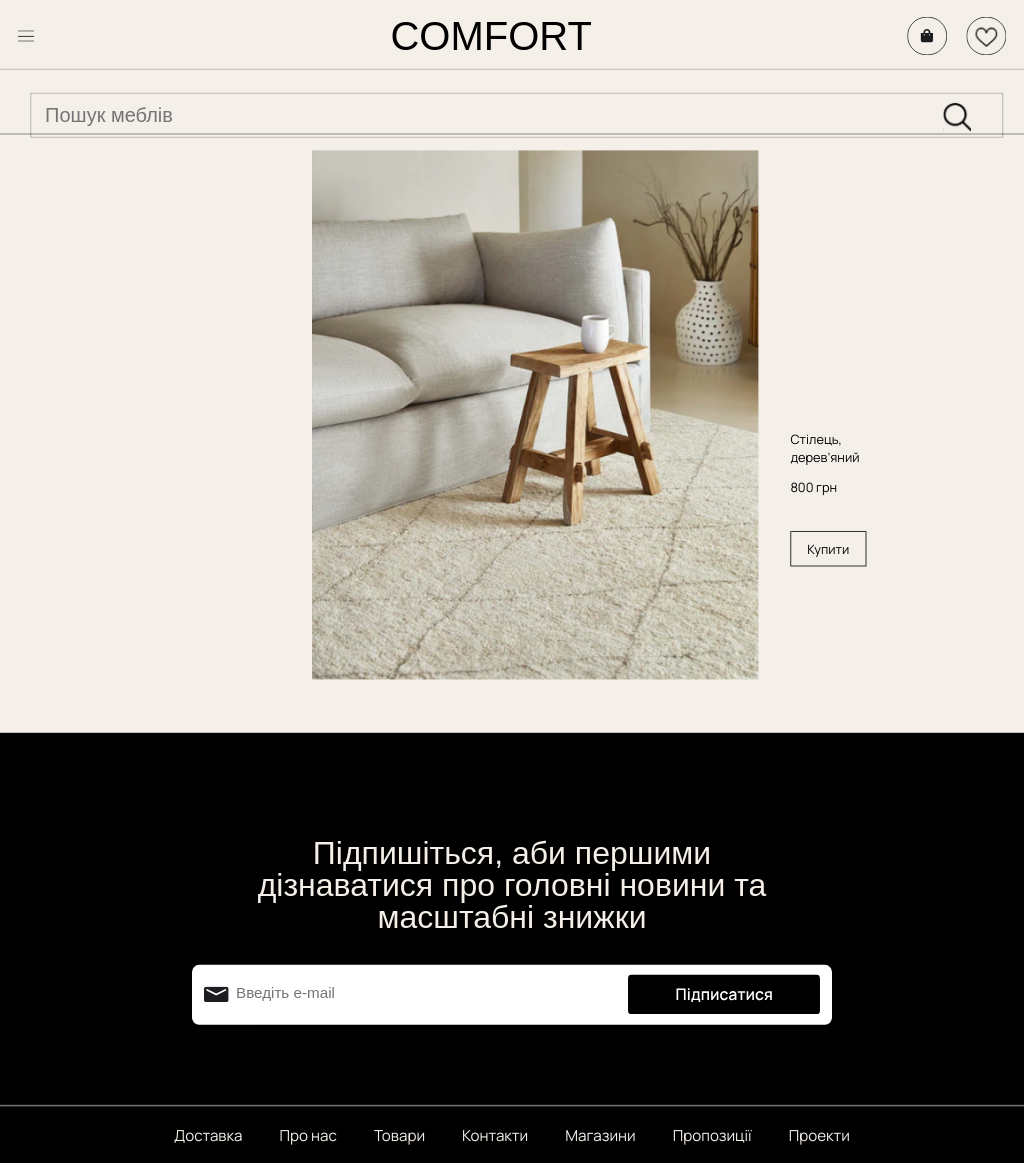
Repository: malykhinaIra/laravel
Page: http://localhost/item/1
The author's editor kept a copy of each file at every save. The page is drawn from the files as they stood at one save, then again after the next save.
The browser window is 1280 px wide. The pictures show the whole page, at 80% of full size.
Some web fonts or font styles are not loaded; a fallback is used. The page is served by the project's Laravel application, run on PHP 8.4 with Laravel 9. Other server files are loaded and not shown.

Above is the page before, as saved 2022-05-11 00:02:20.

### blog/routes/web.php
<?php

use Illuminate\Support\Facades\Route;

/*
|--------------------------------------------------------------------------
| Web Routes
|--------------------------------------------------------------------------
|
| Here is where you can register web routes for your application. These
| routes are loaded by the RouteServiceProvider within a group which
| contains the "web" middleware group. Now create something great!
|
*/

Route::get('/', 'App\Http\Controllers\MainController@forLend');

Route::get('/Lend', 'App\Http\Controllers\MainController@forLend');

Route::get('/Catalog', 'App\Http\Controllers\MainController@forCatalog');

Route::get('/Info', 'App\Http\Controllers\MainController@forInfo');

Route::post('/result', 'App\Http\Controllers\MainController@result');

Route::post('/check', 'App\Http\Controllers\MainController@check');

Route::get('/item/{id}', 'App\Http\Controllers\MainController@forItem');

### blog/app/Http/Controllers/MainController.php
<?php

namespace App\Http\Controllers;
use App\Models\Item;
use Illuminate\Http\Request;
use App\Models\Room;

class MainController extends Controller {

    public function forLend() {
        return view('lend');
    }

    public function forCatalog() {
        $room = new Room();
        return view('catalog', ['rooms' => $room->getAll()]);
    }

    public function forInfo() {
        return view('info');
    }

    public function result(Request $request) {
        $mail = $request->input('mail');
        return view('form', ['mail' => $mail]);
    }

     public function check(Request $request) {
        $valid = $request->validate([
            'mail' =>  array('required', 'regex:/[0-9a-z]+@[a-z]/')
        ]);
        return $this->result($request);
    }

    public function forItem($id) {
        $catalog = [
            new Item("img/image 24.png", "Стілець, дерев’яний", 800),
            new Item("img/image 25.png", "Крісло, дерево & шкіра", 1300),
            new Item("img/image 26.png", "Настінна картина", 1230),
            new Item("img/image 27 (1).png", "Журнальний столик", 980),
            new Item("img/image 35.png", "Тумбочка з відділами", 780),
            new Item("img/image 37.png", "Диван розкладний", 3220),
            new Item("img/image 36.png", "Тумбочка, дерев’яна", 1360),
            new Item("img/image 31.png", "Крісло, біле", 980)
        ];
        return view('item', ['item' => $catalog[$id - 1]]);
    }
}

### blog/app/Models/Item.php
<?php

namespace App\Models;
use Illuminate\Database\Eloquent\Model;

    class Item extends Model
    {
        protected $image, $description, $price;
        function __construct($image, $description, $price)
        {
            $this->image = "../" . $image;
            $this->description = $description;
            $this->price = $price . " грн";
        }

        function get_image(){
            return $this->image;
        }

        function get_description(){
            return $this->description;
        }

        function get_price(){
            return $this->price;
        }
     }

?>

### blog/resources/views/item.blade.php
@extends('layouts.header')
@section('title')
{{$item->get_description()}}
@endsection
@section('content')
<head>
    <link rel="stylesheet" href="../css/info.css">
</head>
<body>
<hr style='margin-top: -5px;'>
<div class='container' style='display: flex; align-items: center; margin: auto; margin-top: 20px;'>
<img src='{{$item->get_image()}}' style='margin-left: 25%;'>
<div style='margin-left: 40px; margin-top: 22%;'>
<p>{{$item->get_description()}}</p>
<p>{{$item->get_price()}}</p>
<a href='#' style='line-height: 100px; color: black; padding:10px 20px; border: 1px solid black;'>Купити</a>
</div>
</div>
<br><br><br>
@endsection

### blog/resources/views/layouts/header.blade.php
<head>
<meta charset="UTF-8">
    <meta http-equiv="X-UA-Compatible" content="IE=edge">
    <meta name="viewport" content="width=device-width, initial-scale=1.0">
    <title> @yield ('title') </title>
    <link rel="preconnect" href="https://fonts.googleapis.com">
    <link rel="preconnect" href="https://fonts.gstatic.com" crossorigin>
    <link rel="preconnect" href="https://fonts.googleapis.com">
    <link rel="preconnect" href="https://fonts.gstatic.com" crossorigin>
    <link href="https://fonts.googleapis.com/css2?family=Lexend&family=Manrope:wght@200;300;400;500;600&display=swap" rel="stylesheet">
    <link href="https://fonts.googleapis.com/css2?family=Lexend:wght@300&family=Manrope:wght@200;300;400;500;600&display=swap" rel="stylesheet">
    <link rel="preconnect" href="https://fonts.googleapis.com">
    <link rel="preconnect" href="https://fonts.gstatic.com" crossorigin>
    <link href="https://fonts.googleapis.com/css2?family=Lexend&family=Manrope:wght@200;300;400;500;600&display=swap" rel="stylesheet">
    <link rel="preconnect" href="https://fonts.googleapis.com">
    <link rel="preconnect" href="https://fonts.gstatic.com" crossorigin>
    <link href="https://fonts.googleapis.com/css2?family=Manrope:wght@200;300;400;500;600&display=swap" rel="stylesheet">
    <link rel="stylesheet" href="css/bootstrap-grid.min.css">
    <meta name="viewport" content="width=device-width">
</head>
    <header class="header">
    </div>
    <div class="nav-1">
        <div class="nav-toggle">
            <div class="container">
                <a href="/Info" width="10%" onclick>
                    <img src="../img/Group 65.svg" class="menu">
                </a>
                <div class="logo"><a href="index.html">COMFORT</a></div>
                <div class="row">
                    <div class="col">
                        <a href="#" style="margin-right: 2.5%;"><img src="../img/Group 56.svg"></a>
                    </div>
                    <div class="col">
                        <a href="#"><img src="../img/Group 55.svg"></a>
                    </div>
                </div>
            </div>
        </div>
        <hr>
        <div class="border-1">
            <input type="text" size="19" placeholder="Пошук меблів">
            <a href="#" class="search-1"><img src="../img/image 22 (1).svg"></a>
        </div>
    </div>

    <section class="nav">
        <a href="/Lend" class="logo">COMFORT</a>
        <a href="/Info">Про нас</a>
        <a href="#">Доставка</a>
        <a href="#">Підтримка</a>
        <a href="/Catalog">Каталог</a>
        <div class="border">
            <input type="text" size="19" placeholder="Пошук меблів" style="margin-bottom: 6px;">
            <a href="#" class="search"><img src="../img/image 22 (1).svg"></a>
        </div>
        <div class="shops">
            <a href="#" style="margin-right: 5px;"><img src="../img/image 57.svg"></a>
            <a href="#">Магазини</a>
        </div>
        <div class="icons">
            <a href="#"><img src="../img/Group 55.svg"></a>
            <a href="#"><img src="../img/Group 56.svg"></a>
            <a href="#"><img src="../img/user.svg"></a>
        </div>
    </section>
</header>


<div class="forYield">
    @yield('content')
</div>

<footer id="bottom">
    <section class="form">
        @if($errors->any())
        <div class="alert alert-danger">
            <p>
                Неправильно введений email. Спробуйте ще раз! </p>
        </div>
        @else
        <p>Підпишіться, аби першими дізнаватися про головні новини та масштабні знижки</p>
        @endif
        <div class="subscribe">
            <form method="post" action="/check" style="width:800px; margin: 0; display: flex; align-items: center;">
                @csrf
                <div style="display: flex; align-items: center;">
                    <img src="../img/Shape.svg" class="message">
                    <input style="width:500px; outline: none; border: none; font-size: 25px;" type="text" name="mail" placeholder="Введіть e-mail">
                </div>
                <button type="submit" style="background: none; border: 0; padding:0;"><img src="../img/Group 61.svg" class="sub-btn"></button>
            </form>
        </div>

    </section>
    <hr>
    <section class="footer-1">
        <a href="#">Доставка</a>
        <a href="/Info">Про нас</a>
        <a href="/Catalog">Товари</a>
        <a href="#">Контакти</a>
        <a href="#">Магазини</a>
        <a href="#">Пропозиції</a>
        <a href="#">Проекти</a>
    </section>
    <br>
</footer>
</body>

</html>

### blog/public/img/Group 65.svg
<svg width="21" height="14" viewBox="0 0 21 14" fill="none" xmlns="http://www.w3.org/2000/svg">
<line y1="0.5" x2="21" y2="0.5" stroke="black"/>
<line y1="7.5" x2="21" y2="7.5" stroke="black"/>
<line y1="13.5" x2="21" y2="13.5" stroke="black"/>
</svg>

### blog/public/css/info.css
body{
    padding: 0;
    margin: 0;
    background: #F5EFEA;
    color: #000;
    font-family: 'Manrope', sans-serif;
    font-style: normal;
    font-weight: 400;
    max-width: 1903px;
    margin: 0 auto;
}

.hide{
    margin-top: -1px;
}

.container{
    max-width: 80%;
    margin: 0 auto;
}

*{
    box-sizing: border-box;
}

img {
    max-width: 100%;
  }

a{
    color: #000;
    text-decoration: none;
}

.nav-1{
    display: none;
    flex-direction: column;
    margin: 0 auto;
    margin-bottom: 30px;
}

.nav{
    width: 100%;
    font-family: 'Manrope', sans-serif;
    font-style: normal;
    height: 80.98px;
    font-weight: 600;
    font-size: 19px;
    line-height: 26px;
    display: flex;
    justify-content: space-between;
    align-items: center;

}

.logo{
    padding-left: 70px;
    font-family: 'Lexend', sans-serif;
    font-style: normal;
    font-weight: 500;
    font-size: 30px;
    line-height: 38px;

}

.border{
    border: 0.5px solid rgba(0, 0, 0, 0.555);
    height: 40.55px;
    display: flex;
    align-items: center;
    padding: 15px;
}

.border-1{
    border: 0.2px solid rgba(0, 0, 0, 0.555); ;
    height: 55.55px;
    width: 95%;
    display: flex;
    align-items: center;
    padding: 15px;
    margin:0 3%;
    margin-top: 10px;
}

header hr{
    border: 0 none;
    height: 0.1px;
    color: #000;
    width: 100%;
    background-color: rgba(0, 0, 0, 0.555);
    margin-bottom: 20px;
    margin-top: 5px;

 }

input{
    font-family: 'Lexend', sans-serif;
    font-weight: 300;
    font-size: 25px;
    background: none;
    border: none;
    width: 95%;
}

::placeholder{
    font-style: normal;
    font-weight: 300;
    font-size: 19px;
    line-height: 40px;

}

.search{
    margin-top: 4px;
    margin-left: 49.86px;
}

.search-1{
    margin-top: 4px;
}

.icons img{
    margin-right: 15px;
}

hr{
    border: none;
    background-color: rgb(0, 0, 0, 0.555);
    color: rgb(0, 0, 0);
    height: 1px;
    width: 100%;
}

.shops{
    display: flex;
    align-items: center;
}

.main-img .container{
    max-width: 100%;
    margin: 0;
    padding: 20px 30px;
    max-height: 1252px;
}

.main-img .row{
    margin: 0 auto;
}

#frame{
    white-space: pre-wrap;
    display: flex;
    align-items: center;
    margin-left: 2%;
    border: 1px solid rgba(0, 0, 0, 0.301);
    border-radius: 4vh;
    padding: 0 30px;
    width: 47%;
}

.main-img p{
    font-family: 'Manrope', sans-serif;
    font-style: normal;
    font-weight: 300;
    font-size: 50px;
    text-align: center;
    color: #000000;
    margin: auto auto;

}

.main-img h1{
    margin: auto auto;
    font-family: 'Manrope', sans-serif;
    font-style: normal;
    font-weight: 400;
    font-size: 70px;
    text-align: center;
    color: #000000;
}

.main-img .container{
    max-width: 100%;
    margin: 0;
    padding: 20px 30px;
}

.button img{
    display: block;
    margin: 0 auto;
}

.our-features .container{
    max-width: 100%;
    margin: 0;
    padding: 20px 30px;
}

.our-features h1{
    font-family: 'Manrope', sans-serif;
    font-style: normal;
    font-weight: 400;
    font-size: 70px;
    line-height: 100px;
    text-align: center;
    color: #F5EFEA;
    background-color: #000;
}

.feature img{
    float: right;
}

.feature{
    padding: 0;
    float: right;
    max-width: 750px;
}

.feature-1 img{
    float: left;
}

.feature-1{
    padding: 0;
    max-width: 616px;
    float: left;
}

.feature p{
    max-width: 719px;
    font-family: 'Manrope', sans-serif;
    font-style: normal;
    font-weight: 300;
    font-size: 40px;
    line-height: 55px;
    text-align: right;
    color: #000000;
    float: right;
    margin-top: 30px;
    margin-bottom: 0px;


}

.contacts{
    margin-bottom: 2%;
}

.feature h2{
    max-width: 690px;
    font-family: 'Manrope', sans-serif;
    font-style: normal;
    font-weight: 500;
    font-size: 50px;
    line-height: 75px;
    text-align: right;
    color: #000000;
    float: right;
    margin: 0px;
}

.feature-1 p{
    max-width: 719px;
    font-family: 'Manrope', sans-serif;
    font-style: normal;
    font-weight: 300;
    font-size: 40px;
    line-height: 55px;
    text-align: left;
    color: #000000;
    float: left;
    margin-bottom: 0;

}

.feature-1 h2{
    max-width: 616px;
    font-family: 'Manrope', sans-serif;
    font-style: normal;
    font-weight: 500;
    font-size: 50px;
    line-height: 75px;
    text-align: left;
    color: #000000;
    float: left;
    margin: 0px;
}

#second{
    margin-top: 10%;
}

.unique .container{
    max-width: 100%;
    margin: 0;
    padding: 20px 30px;
}

.unique h1{
    font-family: 'Manrope', sans-serif;
    font-style: normal;
    font-weight: 500;
    font-size: 70px;
    line-height: 50px;
    text-align: center;
    color: #000000;
}

.unique h2{
    font-family: 'Manrope', sans-serif;
    font-style: normal;
    font-weight: 300;
    font-size: 60px;
    line-height: 75px;
    text-align: center;
    color: #000000;
}

.unique p{
    font-family: 'Manrope', sans-serif;
    font-style: normal;
    font-weight: 300;
    font-size: 40px;
    line-height: 75px;
    text-align: center;
    color: #000000;
    max-width: 1492px;
    margin:0 auto;
}

footer{
    background-color: #000;
    max-height: 550px;
    width: 100%;
}

.subscribe{
    background-color: white;
    width: 800px;
    height: 75px;

    display: flex;
    align-items: center;
    justify-content: space-between;
    padding: 15px;
    border-radius: 9px;
    margin: auto auto;
}

.sub-btn{
    max-width: 100%;
}

.form{
    margin-left: auto;
    margin-right: auto;
}

.form p{
    width: 700px;
    font-family: 'Lexend', sans-serif;
    font-weight: 300;
    font-size: 40px;
    line-height: 40px;
    text-align: center;
    color:#F5EFEA;
    margin: 0 auto;
    margin-bottom: 40px;
    padding-top: 130px;
}


.subscribe input{
    background: none;
    max-width: 100%;
    margin-bottom: 8px;
    margin-left: 7px;
}

footer hr{
    margin-top: 100px;
    border: 0.5px solid #f5efea79;
}

.footer-1{
    display: flex;
    justify-content: space-between;
    align-items: center;
    padding-left: 17%;
    padding-right: 17%;
    margin-top: 23px;
}

.footer-1 a{
    color:#F5EFEA;
    font-family: 'Manrope', sans-serif;
    font-style: normal;
    font-weight: 400;
    font-size: 19px;
    line-height: 26px;
}

.picture-mobile{
    display: none;
}


@media(max-width: 1536px){

    .border-1{
        border-color: rgba(0, 0, 0, 0.301);
    }

    header hr{
        background-color: rgba(0, 0, 0, 0.301);
    }

    .nav-1{
        margin: 0;
    }

    .nav-toggle, .nav-1 {
        display: flex;
     }

    .nav-toggle .container{
         height: 80.98px;
         align-items: center;
         display: flex;
         padding-top: 20px;
         padding-bottom: 10px;
         justify-content: space-between;
         margin: 0 auto;;
     }

     .nav-toggle .container{
        margin: 0 10px;
        max-width: 100%;
    }

     .nav-toggle .col{
         max-width: 100px;
     }

     .logo{
         margin:0;
         padding: 0;
     }


    .nav-toggle a{
        width: 72px;
    }

    .menu {
        max-width: 50px;
    }

     .nav{
      display: none;
     }

     .border-1 ::placeholder{
        font-size: 25px;
        margin-top: 5px;
    }

     .search-1 img{
         width: 35px;
     }


     .main-img h1{
         font-size: 55px;
         width: 80%;

     }

     .main-img p{
        font-size: 40px;
    }

    .our-features h1, .unique h1{
        font-size: 55px;
    }

    .feature h2, .feature-1 h2{
        font-size: 40px;
    }

    .feature a, .feature-1 a{
        width: 107px;
    }

    .feature p, .feature-1 p, .unique p{
        font-size: 30px;
        line-height: 45px;
    }

    .hide{
        display: none;
    }

    .menu {
        max-width: 50px;
    }

    .logo a{
        font-size: 50px;
    }
}

@media(max-width: 1350px){
    .main-img h1{
        font-size: 45px;

    }

    .main-img p{
       font-size: 30px;

   }

   .main-img .container{
    max-height: 1890px;
    }
}

@media(max-width: 1146px){
    .main-img h1{
        font-size: 40px;
    }

    .main-img p{
       font-size: 25px;
   }

   .feature h2, .feature-1 h2{
       font-size: 30px;
       line-height: 40px;

   }

   .feature p, .feature-1 p{
    font-size: 20px;
    line-height: 30px;
    }

    .feature img, .feature-1 img{
        width: 70px;
    }

    .our-features h1, .unique h1, .unique h2{
        font-size: 40px;
        line-height: 75px;
    }

    .contacts img{
        width: 60px;
    }

}

@media (max-width: 1190px){
.footer-1 a {
    font-size: 15px;
}
}

@media(max-width: 1036px){
    .main-img h1{
        font-size: 35px;
    }

    .main-img p{
       font-size: 20px;
   }

   .button img{
       width:90px;
   }

}

@media (max-width:990px) {
    .footer-1{
        padding: 0 55px;
     }

     .subscribe{
         width: 600px;
     }

     .form p{
         font-size: 25px;
         width: 400px;
     }
}

@media(max-width: 820px){


    .menu{
        width: 80%;
    }

    .logo a{
        font-size: 40px;
    }

    .logo{
        margin-bottom: 20px;

    }

    .image img{
        max-height: 395.67px;
    }

    .nav-toggle .row{
        margin-bottom: 10px;
    }

    .feature h2, .feature-1 h2{
        font-size: 20px;
        line-height: 25px;

    }

    .feature p, .feature-1 p{
     font-size: 15px;
     line-height: 20px;
     }

     .feature img, .feature-1 img{
         width: 50px;
     }

     .our-features h1, .unique h1, .unique h2{
         font-size: 30px;
         line-height: 65px;
     }

     .contacts img{
         width: 45px;
     }

     .unique p{
         font-size: 20px;
         line-height: 30px;
     }

     .logo{
        margin-top: 13px;
    }

    .footer-1 a{
        font-size: 12px;
    }

    .subscribe{
        width: 70%;
        height: 8%;
    }

    .subscribe ::placeholder{
        font-size: 15px;
    }

    .sub-btn{
        width: 150px;
    }



}

@media(max-width: 740px){
    .main-img .row{
        flex-direction:column-reverse;
        margin: 0 auto;
    }

    .main-img .col-6{
        width: 100%;
    }

    .picture-mobile{
        display: block;
        width: 98.5%;
        margin-bottom: 15px;
    }

    .picture{
        display: none;
    }


    #frame{
        width: 95%;
        height: 250px;
        margin: 0 auto;
        margin-bottom: 20px;
    }

   .button{
       width:80px;
       margin-left: auto;
       margin-right: auto;
   }

   .our-features h1, .unique h1, .unique h2{
    font-size: 25px;
    line-height: 55px;
}

}

@media(max-width: 600px){

    .search-1 img{
        width: 20px;
    }

    .nav-toggle .col{
        padding: 0 7px;
    }

    .logo a{
        font-size: 30px;
        margin-right: 15px;
    }

    .border-1{
        margin-top: 20px;
        height: 35px;
    }

    .nav-toggle .container{
        padding-top: 12px;
        padding-bottom: 0px;
        height: 60.98px;

    }

    .nav-toggle .col{
        width: 35px;
        padding: 0 2px;
    }

    .menu{
        margin-top: -4px;
        max-width: 28px;
    }


    .logo{
        margin-top: -2px;
        margin-left: -25px;
    }

    header hr{
        margin:0;
    }

    .border-1 ::placeholder, input{
        font-size: 15px;
        margin-top: 5px;
    }

    .input{
        margin: 0;
    }

    .feature h2, .feature-1 h2{
        font-size: 17px;
        line-height: 20px;

    }

    .feature p, .feature-1 p{
     font-size: 13px;
     line-height: 18px;
     }

     .feature img, .feature-1 img{
         width: 40px;
     }

     .contacts img{
         width: 35px;
     }

     .unique p{
         font-size: 15px;
         line-height: 20px;
     }

     .logo{
        margin-top: 10px;
    }

    .subscribe{
        width: 85%;
    }


    .footer-1 a{
        font-size: 9px;
    }

    .sub-btn{
        width: 130px;
    }

    .subscribe ::placeholder{
        font-size: 13px;
    }

    .subscribe{
        padding-top: 18px;
        height: 50px;
    }

    .subscribe input{
        margin-top: 5px;
    }

    footer hr{
        margin-top: 40px;
        border-color: #f5efea5e;
    }

    .form p{
        padding-top: 50px;
        font-size: 17px;
        line-height: 25px;
        width: 300px;
    }


    .footer-1{
        margin-top: 17px;
        padding: 0 4%;
    }

}

@media(max-width: 540px){

    .message{
        width: 20px;
    }

    .our-features h1, .unique h1, .unique h2{
        font-size: 18px;
        line-height: 45px;
    }

    .contacts img{
        width: 28px;
    }

    .feature h2, .feature-1 h2{
        font-size: 13px;
        line-height: 18px;

    }

    .feature p{
        margin-top: 10px;
    }

    .feature p, .feature-1 p{
     font-size: 10px;
     line-height: 15px;
     }

     .feature img, .feature-1 img{
         width: 30px;
     }

     .button{
        width:60px;
    }

    #frame h1{
        font-size: 30px;
    }

    #frame p{
        font-size: 15px;
    }


}

@media(max-width: 435px){

    #frame p{
        margin-top: -30px;
    }

    .our-features h1, .unique h1, .unique h2{
        font-size: 14px;
        line-height: 40px;
        margin: 0;
    }

     .feature img, .feature-1 img{
         width: 20px;
     }

     .unique p{
        font-size: 10px;
        line-height: 17px;
    }

    .contacts img{
        width: 18px;
    }


}

### blog/public/img/image 57.svg
<svg width="50" height="50" viewBox="0 0 50 50" fill="none" xmlns="http://www.w3.org/2000/svg" xmlns:xlink="http://www.w3.org/1999/xlink">
<rect width="50" height="50" fill="url(#pattern0)"/>
<defs>
<pattern id="pattern0" patternContentUnits="objectBoundingBox" width="1" height="1">
<use xlink:href="#image0_2916_100" transform="scale(0.00195312)"/>
</pattern>
<image id="image0_2916_100" width="512" height="512" xlink:href="data:[embedded picture, 17614 characters]"/>
</defs>
</svg>

Loaded but not shown: blog/app/Http/Controllers/Controller.php (common file); blog/public/css/bootstrap-grid.min.css (library); blog/public/img/Group 61.svg (4 lines, source omitted); blog/public/img/Group 56.svg (4 lines, source omitted); blog/public/img/user.svg (3 lines, source omitted); blog/public/img/Group 55.svg (10 lines, source omitted); blog/public/img/image 22 (1).svg (9 lines, source omitted); blog/public/img/Shape.svg (3 lines, source omitted)

After the next save:
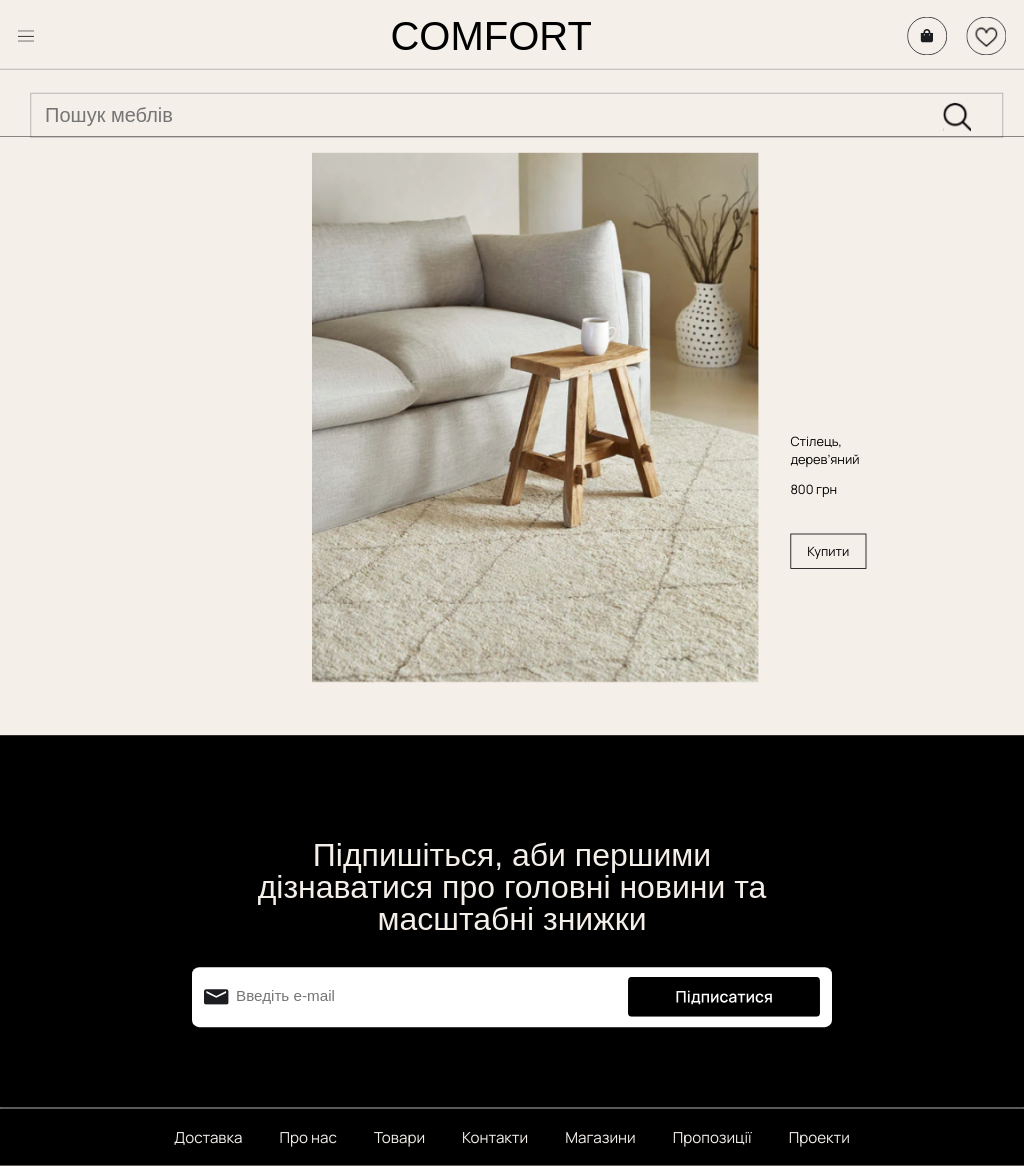
Saved 8 s later.
--- a/blog/resources/views/item.blade.php
+++ b/blog/resources/views/item.blade.php
@@ -7,7 +7,7 @@
     <link rel="stylesheet" href="../css/info.css">
 </head>
 <body>
-<hr style='margin-top: -5px;'>
+<hr style='margin-top: -2px;'>
 <div class='container' style='display: flex; align-items: center; margin: auto; margin-top: 20px;'>
 <img src='{{$item->get_image()}}' style='margin-left: 25%;'>
 <div style='margin-left: 40px; margin-top: 22%;'>
